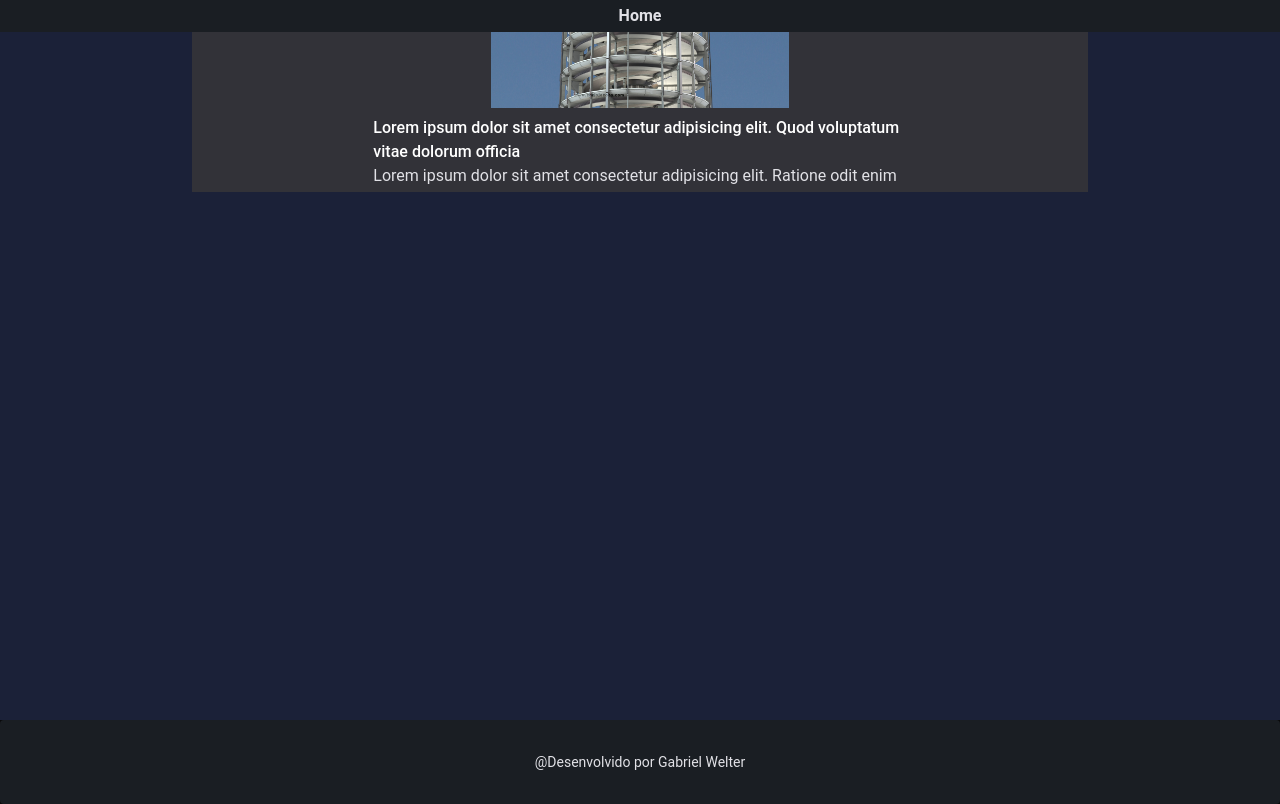
Repository: weltergab/Your-News-2-prismic-cms
Page: /noticiafull
The author's editor kept a copy of each file at every save. The page is drawn from the files as they stood at one save, then again after the next save.
The browser window is 1280 px wide. The pictures show the whole page.
The project was rebuilt for these pictures with package versions that can differ from the ones it lists, and the page was loaded fresh each time. The framework's server and built-in components were replaced by stand-ins that run in the browser. Also part of the build but not shown: next.config.js.

Above is the page before, as saved 2023-04-27 21:53:57.

### src/pages/_document.tsx
import { Footer } from '@/components/Footer'
import { Navegacao } from '@/components/Navegacao'
import { Html, Head, Main, NextScript } from 'next/document'

export default function Document() {
  return (
    <Html lang="en">
      <Head />
      <body>
        <Navegacao />

        <Main />
        <NextScript />

        <Footer />
      </body>
    </Html>
  )
}

### src/pages/noticiafull/index.tsx
import Image from "next/image";

function NoticiaFull() {

  return (
    <div className='bg-blue-700 bg-center bg-cover bg-no-repeat min-h-screen items-center flex flex-col'>

      <h1>Noticia Full</h1>
      <div className="bg-gray-500 items-center flex flex-col h-32 md:h-40 mx-3 max-w-4xl">
        <div className="h-full w-2/6 border-blue-200 bg-green-300 relative overflow-hidden">
          <Image
            src="/vert.jpg"
            alt="Minha imagem"
            fill
            style={{ objectFit: 'cover' }} // object-fit: "contain"
          />
        </div>
        <div className="h-full w-4/6 px-6 border-8 border-gray-500 by-5 overflow-hidden flex flex-col relative">
          <h2 className="text-white font-medium">Lorem ipsum dolor sit amet consectetur adipisicing elit. Quod voluptatum vitae dolorum officia</h2>
          <p className="hidden md:block">Lorem ipsum dolor sit amet consectetur adipisicing elit. Ratione odit enim voluptates, repellat necessitatibus et ipsam fugit, officiis pariatur incidunt aliquid corrupti delectus repellendus? Unde minima reprehenderit consequuntur odio quos.</p>
        </div>
      </div>

    </div>
  )
}

export default NoticiaFull;

### src/styles/globals.css
@tailwind base;
@tailwind components;
@tailwind utilities;

h1 {
    @apply text-2xl
}

body {
    @apply bg-gray-900 text-gray-100;
    -webkit-font-smoothing: antialiased;
  }

  a {
    color: #0070f3;
    text-decoration: none;
    font-weight: bold;
  }

  a:hover {
    font-style: italic;
  }


.btn {
    @apply text-base font-medium rounded-lg p-3;
}
.btn--primary {
    @apply bg-sky-500 text-white;
}
.btn--secondary {
    @apply bg-slate-100 text-slate-900;
}

/*
Caixa de Texto 1
color: #f8fafc;
    background-color: var(--tw-prose-pre-bg);
    overflow-x: auto;
    font-weight: 400;
    font-size: .875em;
    line-height: 1.7142857;
    margin-top: 1.4285714285714286em;
    margin-bottom: 2.2857142857142856em;
    border-radius: 0.75rem;
    padding: 1.25rem;
    box-shadow: 0 4px 6px -1px #0000001a, 0 2px 4px -2px #0000001a;
    display: flex;
*/

### src/components/Footer/index.tsx
export function Footer() {
  return (
    <div className="bg-paleta-100 w-full p-8 rounded">
      <div className="text-center text-sm">
        @Desenvolvido por Gabriel Welter
      </div>
    </div>
  );
}

### src/components/Navegacao/index.tsx
export function Navegacao() {
  return (
    <div className="bg-paleta-100 w-full p-1 mb-40 top-0 fixed z-10">
      <div className="text-center">
        <h2 className="font-bold">Home</h2>
      </div>
    </div>
  );
}

### tailwind.config.js
/** @type {import('tailwindcss').Config} */
module.exports = {
  content: [
    './src/pages/**/*.{js,ts,jsx,tsx,mdx}',
    './src/components/**/*.{js,ts,jsx,tsx,mdx}',
    './src/app/**/*.{js,ts,jsx,tsx,mdx}',

    // Or if using `src` directory:
    "./src/**/*.{js,ts,jsx,tsx,mdx}",
  ],
  theme: {
    extend: {
      backgroundImage: {
        blur: 'url(/assets/blur-background.png)'
      },
      fontFamily: {
        sans: 'Roboto, sans-serif',
      },
      colors: {
        black1: { //
          200: '#848DA0',
          300: '#C4C4C4',
          400: '#444B5B',
          500: '#0EE7B7',
          600: '#7AC7E3',
        },
        green: {
          300: '#00B37E',
          500: '#00875F',
          700: '#015F43',
        },
        blue: {
          500: '#81D8F7',
          700: '#1B2138',
          900: '#11172B',//
        },
        orange: {
          500: '#FBA94C',
        },
        red: {
          500: '#F75A68',
        },
        gray: {
          100: '#E1E1E6',
          200: '#C4C4CC',
          300: '#8D8D99',
          400: '#f8fafc', //
          500: '#323238',
          600: '#29292E',
          700: '#121214',
          900: '#09090A',
        },
        paleta: {
          100: '#1A1E23',
          200: '#4A90E2',
          300: '#F2F2F2',
          400: '#222222',
          500: '#68CC7A',
          600: '#FF5B5B',
        }
      },
    },
  },
  plugins: [],
}

Loaded but not shown: src/pages/_app.tsx (common file)

After the next save:
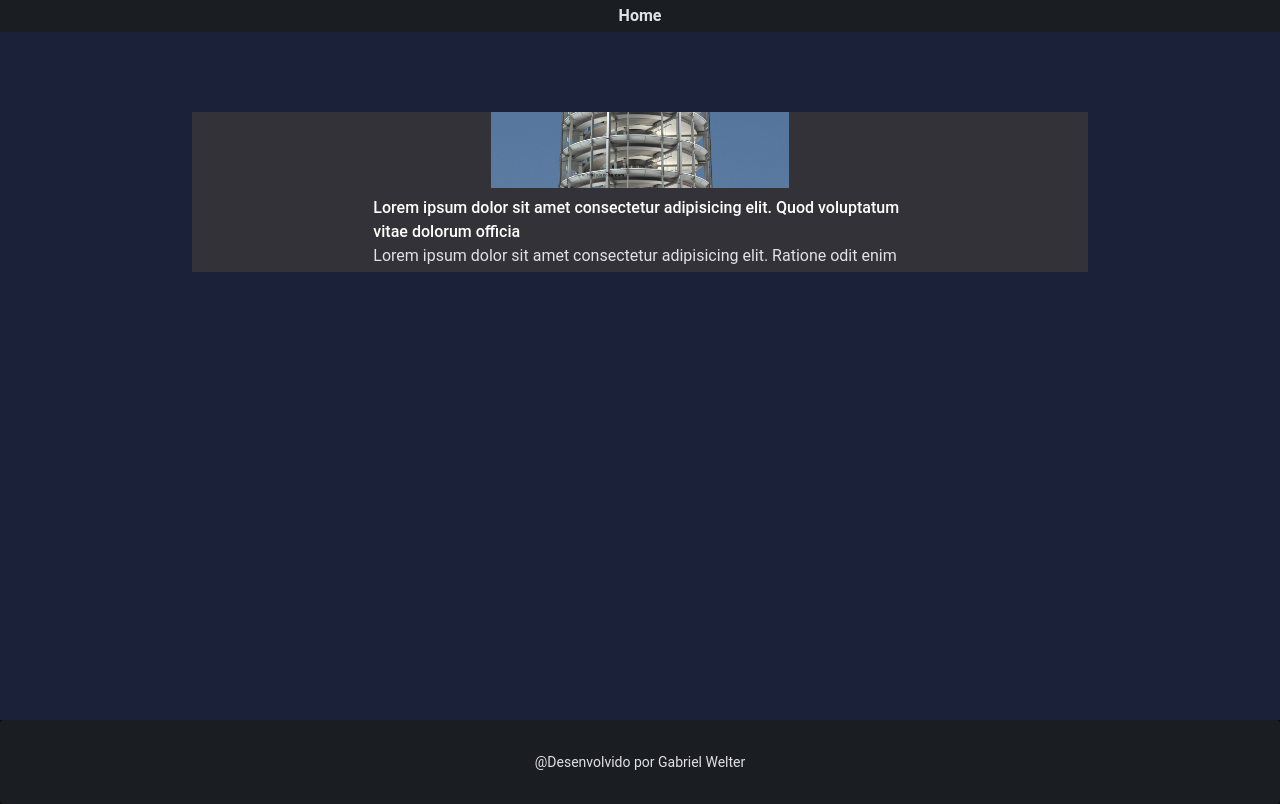
Saved 21 s later.
--- a/src/pages/noticiafull/index.tsx
+++ b/src/pages/noticiafull/index.tsx
@@ -6,7 +6,7 @@
     <div className='bg-blue-700 bg-center bg-cover bg-no-repeat min-h-screen items-center flex flex-col'>
 
       <h1>Noticia Full</h1>
-      <div className="bg-gray-500 items-center flex flex-col h-32 md:h-40 mx-3 max-w-4xl">
+      <div className="bg-gray-500 items-center flex flex-col mt-20 h-32 md:h-40 mx-3 max-w-4xl">
         <div className="h-full w-2/6 border-blue-200 bg-green-300 relative overflow-hidden">
           <Image
             src="/vert.jpg"

After the save that followed:
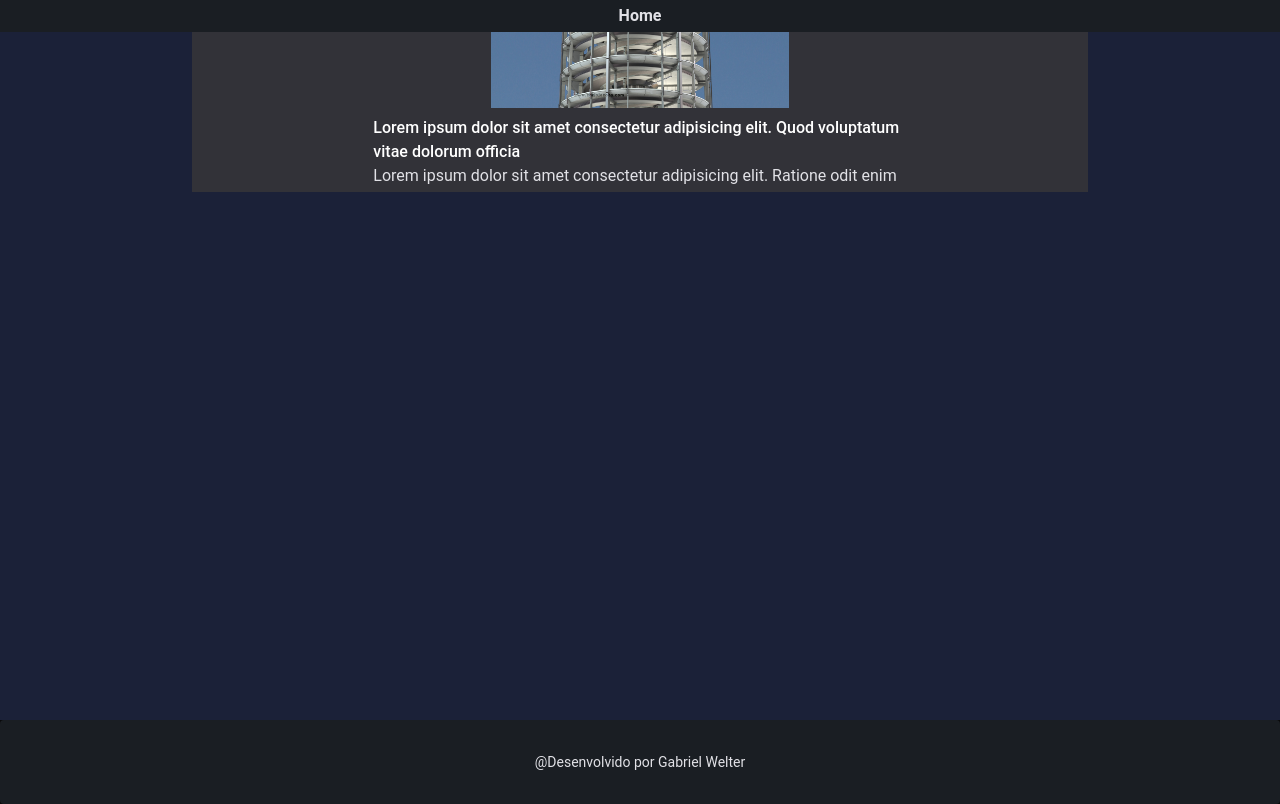
Saved 7 s later.
--- a/src/pages/noticiafull/index.tsx
+++ b/src/pages/noticiafull/index.tsx
@@ -6,7 +6,7 @@
     <div className='bg-blue-700 bg-center bg-cover bg-no-repeat min-h-screen items-center flex flex-col'>
 
       <h1>Noticia Full</h1>
-      <div className="bg-gray-500 items-center flex flex-col mt-20 h-32 md:h-40 mx-3 max-w-4xl">
+      <div className="bg-gray-500 items-center flex flex-col mt-15 h-32 md:h-40 mx-3 max-w-4xl">
         <div className="h-full w-2/6 border-blue-200 bg-green-300 relative overflow-hidden">
           <Image
             src="/vert.jpg"
